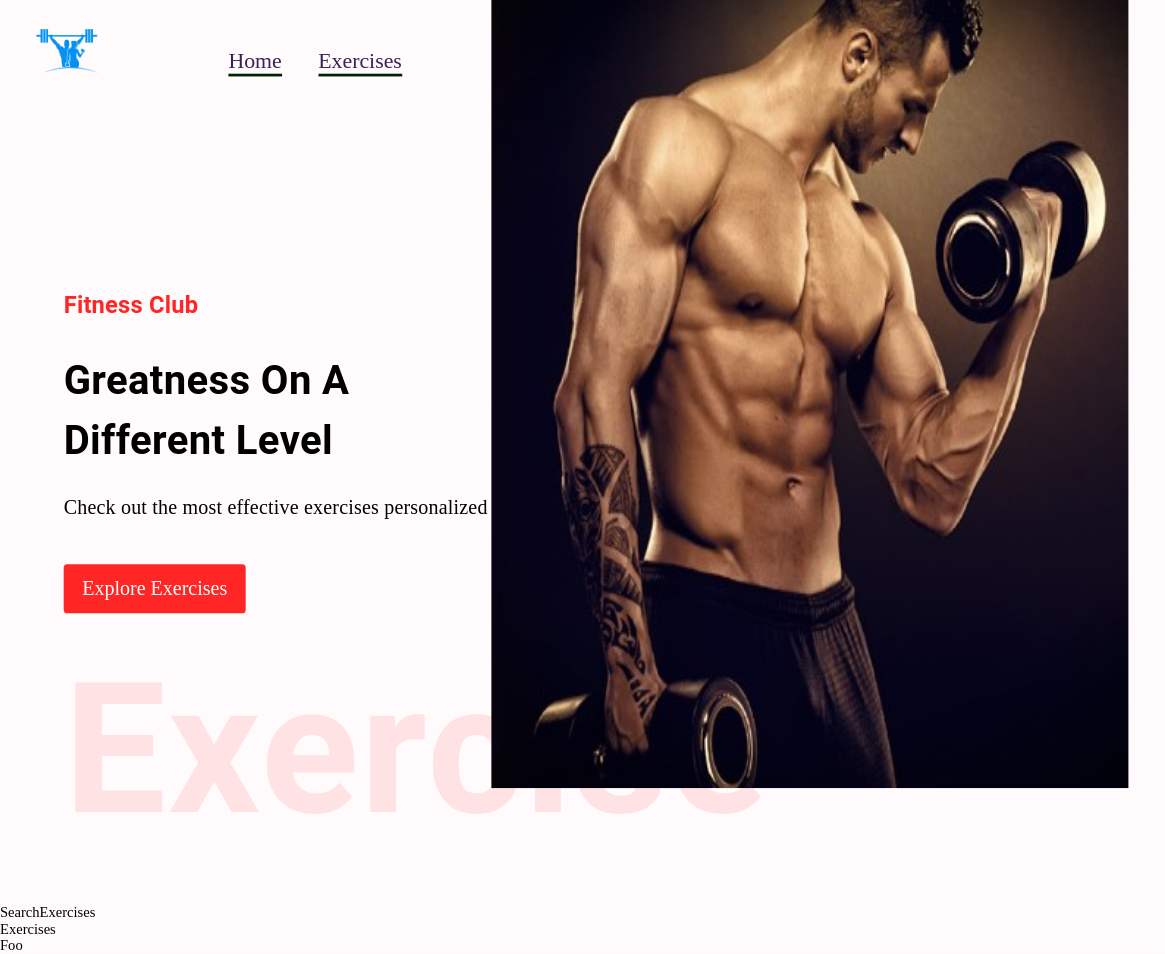
Repository: MhlengiNgubane/Workout-App
Page: /
The author's editor kept a copy of each file at every save. The page is drawn from the files as they stood at one save, then again after the next save.
The browser window is 1280 px wide. The pictures show the whole page, at 91% of full size.
The project was rebuilt for these pictures with package versions that can differ from the ones it lists, and the page was loaded fresh each time. Also part of the build but not shown: src/pages/ExerciseDetail.js.

Above is the page before, as saved 2022-07-31 20:02:39.

### public/index.html
<!DOCTYPE html>
<html lang="en">
  <head>
    <meta charset="utf-8" />
    <link rel="icon" href="%PUBLIC_URL%/favicon.ico" />
    <meta name="viewport" content="width=device-width, initial-scale=1" />
    <meta name="theme-color" content="#000000" />
    <meta
      name="description"
      content="Web site created using create-react-app"
    />
    <link rel="apple-touch-icon" href="%PUBLIC_URL%/logo192.png" />
    <!--
      manifest.json provides metadata used when your web app is installed on a
      user's mobile device or desktop. See https://developers.google.com/web/fundamentals/web-app-manifest/
    -->
    <link rel="manifest" href="%PUBLIC_URL%/manifest.json" />
    <!--
      Notice the use of %PUBLIC_URL% in the tags above.
      It will be replaced with the URL of the `public` folder during the build.
      Only files inside the `public` folder can be referenced from the HTML.

      Unlike "/favicon.ico" or "favicon.ico", "%PUBLIC_URL%/favicon.ico" will
      work correctly both with client-side routing and a non-root public URL.
      Learn how to configure a non-root public URL by running `npm run build`.
    -->
    <title>MSN GYM</title>
  </head>
  <body>
    <noscript>You need to enable JavaScript to run this app.</noscript>
    <div id="root"></div>
    <!--
      This HTML file is a template.
      If you open it directly in the browser, you will see an empty page.

      You can add webfonts, meta tags, or analytics to this file.
      The build step will place the bundled scripts into the <body> tag.

      To begin the development, run `npm start` or `yarn start`.
      To create a production bundle, use `npm run build` or `yarn build`.
    -->
  </body>
</html>

### src/index.js
import React from 'react';
import ReactDOM from 'react-dom';
import App from './App';
import { BrowserRouter } from 'react-router-dom';

const root = ReactDOM.createRoot(document.getElementById('root'));

root.render(
    <React.StrictMode>
      <BrowserRouter>
        <App />
      </BrowserRouter>
    </React.StrictMode>,
  );

### src/components/Navbar.js
import React from 'react';
import { Link } from 'react-router-dom';
import { Stack } from '@mui/material';
import Logo from '../assets/images/Logo.png';

const Navbar = () => (
    <Stack direction="row" justifyContent="space-around" sx={{ gap: { sm: '123px', xs: '40px' }, mt: { sm: '32px', xs: '20px' }, justifyContent: 'none' }} px="20px">
        <Link to="/">
            <img src={Logo} alt="logo" style={{ width: '68px', height: '48px', margin: '0px 20px' }} />
        </Link>
        <Stack
            direction="row"
            gap="40px"
            fontFamily="Alegreya"
            fontSize="24px"
            alignItems="flex-end"
        >
            <Link to="/" style={{ textDecoration: 'none', color: '#3A2252', borderBottom: '3px solid #002300' }}>Home</Link>
            <a href="exercises" style={{ textDecoration: 'none', color: '#3A2252', borderBottom: '3px solid #002300' }}>Exercises</a>
        </Stack>
  </Stack>
);

export default Navbar;

### src/components/Footer.js
import React from 'react';

const Footer = () => {
    return (
        <div>Foo</div>
    )
};

export default Footer;

### src/components/Exercises.js
import React from 'react';

const Exercises = () => {
    return (
        <div>Exercises</div>
    )
};

export default Exercises;

### src/components/SearchExercises.js
import React from 'react';

const SearchExercises = () => {
    return (
        <div>SearchExercises</div>
    )
};

export default SearchExercises;

### src/components/HeroBanner.js
import React from 'react';
import { Box, Stack, Typography } from '@mui/material';

import HeroBannerImage from '../assets/images/banner.png';

const HeroBanner = () => (
  <Box sx={{ mt: { lg: '212px', xs: '70px' }, ml: { sm: '50px' } }} position="relative" p="20px">
    <Typography color="#FF2625" fontWeight="600" fontSize="26px">Fitness Club</Typography>
    <Typography fontWeight={700} sx={{ fontSize: { lg: '44px', xs: '40px' } }} mb="23px" mt="30px">
      Greatness  On A <br />
      Different Level
    </Typography>
    <Typography fontSize="22px" fontFamily="Alegreya" lineHeight="35px">
      Check out the most effective exercises personalized to you
    </Typography>
    <Stack>
      <a href="#exercises" style={{ marginTop: '45px', textDecoration: 'none', width: '200px', textAlign: 'center', background: '#FF2625', padding: '14px', fontSize: '22px', textTransform: 'none', color: 'white', borderRadius: '4px' }}>Explore Exercises</a>
    </Stack>
    <Typography fontWeight={600} color="#FF2625" sx={{ opacity: '0.1', display: { lg: 'block', xs: 'none' }, fontSize: '200px' }}>
      Exercise
    </Typography>
    <img src={HeroBannerImage} alt="hero-banner" className="hero-banner-img" />
  </Box>
);

export default HeroBanner;

Loaded but not shown: src/App.js (common file); src/App.css (common file); src/pages/Home.js (common file)

After the next save:
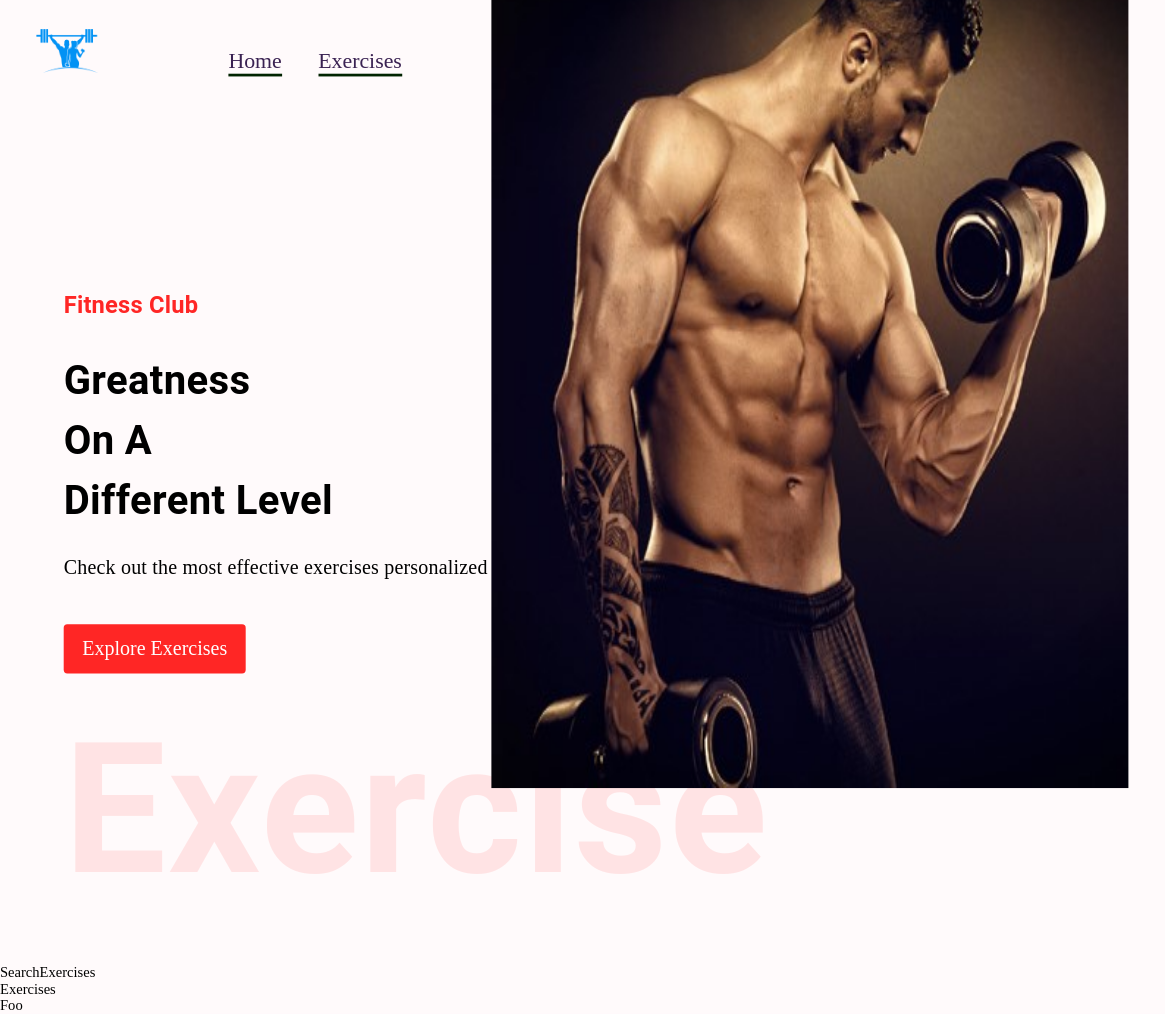
Saved 4 s later.
--- a/src/components/HeroBanner.js
+++ b/src/components/HeroBanner.js
@@ -7,7 +7,7 @@ const HeroBanner = () => (
   <Box sx={{ mt: { lg: '212px', xs: '70px' }, ml: { sm: '50px' } }} position="relative" p="20px">
     <Typography color="#FF2625" fontWeight="600" fontSize="26px">Fitness Club</Typography>
     <Typography fontWeight={700} sx={{ fontSize: { lg: '44px', xs: '40px' } }} mb="23px" mt="30px">
-      Greatness  On A <br />
+      Greatness <br /> On A <br />
       Different Level
     </Typography>
     <Typography fontSize="22px" fontFamily="Alegreya" lineHeight="35px">
